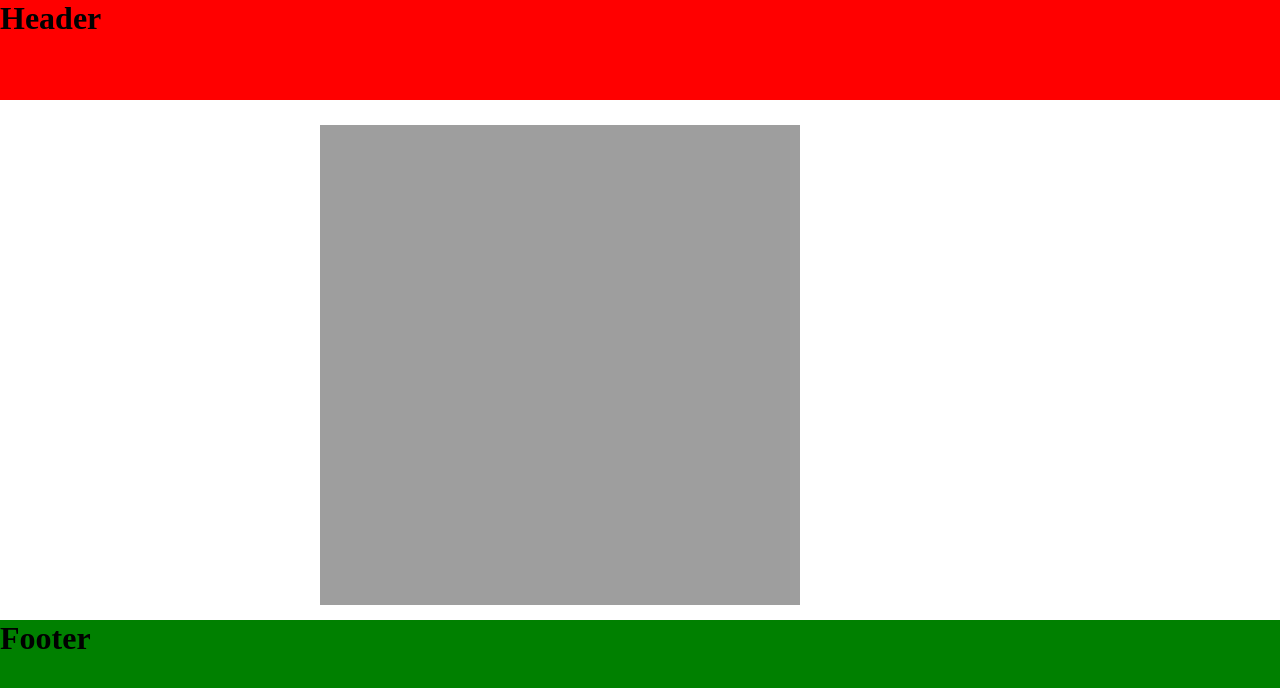
Repository: jameswilky/chess
Page: index.html
The author's editor kept a copy of each file at every save. The page is drawn from the files as they stood at one save, then again after a run of saves.
The browser window is 1280 px wide. The pictures show the whole page.

Above is the page before, as saved 2018-11-22 08:27:22.

### index.html
<!DOCTYPE html>
<html>

<head>
    <meta charset="utf-8" />
    <title>Chess</title>
    <link href="style.css" rel="stylesheet">
</head>

<body>

    <div class="wrapper">
        <header>
            <h1>Header</h1>

        </header>
    </div>
    <div class="game">
        <canvas id="board"></canvas>
        <canvas id="markers"></canvas>
        <canvas id="chessmen_layer"></canvas>
    </div>
    <footer>
        <h1>Footer</h1>
    </footer>
    </div>





</body>

<script src="board.js"></script>
<script src="chessmen.js"></script>
<script src="mouse.js"></script>
<script src="game.js"></script>

</html>

### style.css
* {
  padding: 0;
  margin: 0;
}

.game{
  position: absolute;
  height: 480px;
  width: 480px;
  grid-area: game;
  top:100px;
  bottom:100px;
  margin: 0 25% 0 25%;
  padding: 25px;
  overflow: scroll;
}

#board {
  left : 0; z-index:0; position: absolute;
}

#markers {
  left : 0; z-index:0; position: absolute;
}

#chessmen_layer {
 left : 0; z-index:1; position: absolute;
}

header{
  position: absolute;
  background-color: red;
  top:0;
  right: 0;
  left: 0;
  height: 100px;
}

footer{
  position: absolute;
  right: 0;
  left: 0;
  background-color: green;
  height: 100px;
  bottom: 0;
}

### board.js
//Define globals
const WIDTH = 480;
const HEIGHT = 480;
const N = 8;
const TILE_SIZE = HEIGHT / N; // 60

//Define board canvas
const board = document.getElementById("board");
const board_ctx = board.getContext("2d");
board.height = HEIGHT;
board.width = WIDTH;
let primary_color = "#a87e2b";
let secondary_color = "#ffdf9e";

//Define marker layer
const markers = document.getElementById("markers");
const markers_ctx = markers.getContext("2d");
markers.height = HEIGHT;
markers.width = WIDTH;

//Define chessmen layer
const chessmen_layer = document.getElementById("chessmen_layer");
const chessmen_ctx = chessmen_layer.getContext("2d");
chessmen_layer.height = HEIGHT;
chessmen_layer.width = WIDTH;

//Used for drawing
function drawRect(ctx, x, y, color) {
  ctx.beginPath();
  ctx.rect(x, y, TILE_SIZE, TILE_SIZE);
  ctx.fillStyle = color;
  ctx.fill();
  ctx.closePath();
}

function initialize_board() {
  // Initialize graphical and logical board
  let i, j, x, y = 0;
  let prev_color;
  for (i = 0; i < N; i++) {
    y = TILE_SIZE * i;
    if (i % 2 == 0) { //If even, start with a black grid
      prev_color = secondary_color;
    }
    else { //If odd, start with a #ffcf7c grid
      prev_color = primary_color;
    }
    for (j = 0; j < N; j++) {
      x = TILE_SIZE * j;

      if (prev_color == primary_color) { //If last block black, make this block #ffcf7c
        prev_color = secondary_color;
      }
      else if (prev_color == secondary_color) { //If last block #ffcf7c, make this block black
        prev_color = primary_color;
      }
      drawRect(board_ctx, x, y, prev_color);

    }
  }
}

### chessmen.js
let chessmen = []; // Hold living chest piece objects

// Populate list of current chess pieces
function init_chessmen(items) {
  for (let id = 0; id < items.length; id++) {
    chessmen[id] = new Chessman(id, items[id].type, items[id].row, items[id].col, items[id].faction);
    chessmen[id].render(chessmen_ctx);
  }
}

//Chest piece constructor
function Chessman(id, type, row, col, faction) {
  this.name = type + "_" + faction + "_" + id;
  this.id = id;
  this.type = type;
  this.position = {
    logical: { col: col, row: row },
    graphical: { //calculate position of chest piece
      x: (col * TILE_SIZE), y: (row * TILE_SIZE)
    }
  }
  this.faction = faction;
  this.sprite = "/images/" + type + "_" + faction + ".png";
  this.options = []; // holds objects containing possible locations to move
  this.render = function () {
    //Draws the chest piece
    let img = new Image();
    let x = this.position.graphical.x;
    let y = this.position.graphical.y;
    console.log(x, y)

    img.onload = function () {
      //Loads when img.src is called
      chessmen_ctx.beginPath();
      chessmen_ctx.drawImage(img, x, y);
      chessmen_ctx.closePath();
    }
    img.src = this.sprite;
  }
  this.derender = function () {
    chessmen_ctx.beginPath();
    chessmen_ctx.clearRect(this.position.graphical.x, this.position.graphical.y, TILE_SIZE, TILE_SIZE);
    chessmen_ctx.closePath();
  }
  this.calculate_movement_options = function () {
    //This function is used to determine the coordinates of each possible move for a selected tile
    this.options = []; //clear last options
    let j = 0;
    let i = 0; //used to iterate through list of options
    //console.log(type, faction, row, col)
    let r = this.position.logical.row;
    let c = this.position.logical.col;

    let options = this.options;

    function check_tile(row, col, diag, isPawn) {
      //diag is an optional variable for pawn sideways movement logic
      diag = diag || false;
      isPawn = isPawn || false;

      //Checks the status of the board to see if the chessman can move to selected tile

      let option = {}; //edited, used to hold {faction:faction}
      //Check tile does not exceed bounds of the board
      if (row > 7 || row < 0 || col > 7 || col < 0) {
        return false;
      }

      //Check if target tile contains a chessman of same faction
      let isFriendly = false;
      let isEnemy = false;

      chessmen.forEach(chessman => {
        if (chessman.position.logical.row == row && chessman.position.logical.col == col) { //Check if position is occupied
          if (chessman.faction == faction) {
            isFriendly = true;
          }
          else { //tile is occupied by enemy
            isEnemy = true;
          }
          option.contains = chessman;
        }
      })

      //pawn logic
      if (diag && isEnemy) {
        option.row = row;
        option.col = col;
        options[i] = option;
        i++;
      }
      if (diag && !isEnemy) {
        return
      }

      //if tile does not contain friendly chessmen, or if its an enemy create new option
      if (!isFriendly || isEnemy) {
        option.row = row;
        option.col = col;
        options[i] = option;
        i++;
      }
      return isFriendly || isEnemy;

    }

    if (this.type == "pawn") {
      if (this.faction == "black") {
        check_tile(r + 1, c);//south
        check_tile(r + 1, c + 1, true) // south East
        check_tile(r + 1, c - 1, true) //south West
        if (this.nMoves == 0) {
          check_tile(r + 2, c); //Extra move on first turn
        }
      }
      if (this.faction == "white") {
        check_tile(r - 1, c); //north
        check_tile(r - 1, c + 1, true) // North East
        check_tile(r - 1, c - 1, true) //North West
        if (this.nMoves == 0) {
          check_tile(r - 2, c); //Extra move on first turn
        }
      }
    }
    if (this.type == "rook") {
      for (j = 0; j < N; j++) {// South
        if (check_tile(r + j + 1, c) == true) break
      }
      for (j = 0; j < N; j++) {// East
        if (check_tile(r, c + j + 1) == true) break
      }
      for (j = 0; j < N; j++) {// North
        if (check_tile(r - j - 1, c) == true) break
      }
      for (j = 0; j < N; j++) {// West
        if (check_tile(r, c - j - 1) == true) break
      }
    }
    if (this.type == "bishop") {
      for (j = 0; j < N; j++) { // South East
        if (check_tile(r + 1 + j, c + 1 + j) == true) break
      }
      for (j = 0; j < N; j++) { // South West
        if (check_tile(r + 1 + j, c - 1 - j) == true) break
      }
      for (j = 0; j < N; j++) { // North East
        if (check_tile(r - 1 - j, c + 1 + j) == true) break
      }
      for (j = 0; j < N; j++) { // North west
        if (check_tile(r - 1 - j, c - 1 - j) == true) break
      }
    }
    if (this.type == "queen") {
      for (j = 0; j < N; j++) { // South East
        if (check_tile(r + 1 + j, c + 1 + j) == true) break
      }
      for (j = 0; j < N; j++) { // South West
        if (check_tile(r + 1 + j, c - 1 - j) == true) break
      }
      for (j = 0; j < N; j++) { // North East
        if (check_tile(r - 1 - j, c + 1 + j) == true) break
      }
      for (j = 0; j < N; j++) { // North west
        if (check_tile(r - 1 - j, c - 1 - j) == true) break
      }
      for (j = 0; j < N; j++) {// South
        if (check_tile(r + j + 1, c) == true) break
      }
      for (j = 0; j < N; j++) {// East
        if (check_tile(r, c + j + 1) == true) break
      }
      for (j = 0; j < N; j++) {// North
        if (check_tile(r - j - 1, c) == true) break
      }
      for (j = 0; j < N; j++) {// West
        if (check_tile(r, c - j - 1) == true) break
      }
    }
    if (this.type == "king") {
      check_tile(r + 1, c + 1) //South East
      check_tile(r + 1, c - 1) //South West
      check_tile(r - 1, c + 1) // North East
      check_tile(r - 1, c - 1) //North West
      check_tile(r + 1, c) //south
      check_tile(r, c + 1) //east
      check_tile(r - 1, c) //north
      check_tile(r, c - 1) //west

    }
    if (this.type == "knight") {
      // Check each tile in clockwise order
      check_tile(r - 2, c + 1)
      check_tile(r - 1, c + 2)
      check_tile(r + 1, c + 2)
      check_tile(r + 2, c + 1)
      check_tile(r + 2, c - 1)
      check_tile(r + 1, c - 2)
      check_tile(r - 1, c - 2)
      check_tile(r - 2, c - 1)
    }

    //return array of options containing locations to highlight

  }
  this.show_movement_options = function () {
    this.options.forEach(option => {
      //Represent each available movement option with a highlighted tile
      drawRect(markers_ctx, (option.col * TILE_SIZE), (option.row * TILE_SIZE), "#635e55");
    })
  }
  this.hover = false;
  this.isKing = false;
  if (this.type == "king") {
    this.isKing = true;
  }

  this.nMoves = 0;
  this.points;
  if (this.type == "king") {
    this.points = 10;
  }
  if (this.type == "queen") {
    this.points = 9;
  }
  if (this.type == "bishop") {
    this.points = 3;
  }
  if (this.type == "knight") {
    this.points = 3;
  }
  if (this.type == "rook") {
    this.points = 5;
  }
  if (this.type == "pawn") {
    this.points = 1;
  }

  //Update graphical and logical position
  this.moveTo = function (col, row) {


    function moveIsValid(r1, r2, c1, c2, options) {
      let valid = false;

      if ((r1 == r2) && (c1 == c2)) {
        // if logical position is the same, no move was made
        valid = false;
      }
      options.forEach(option => {
        if (option.row == r2 && option.col == c2) {
          //todo check faction
          valid = true;
        }
      })
      return valid
    }

    if (moveIsValid(this.position.logical.row, row, this.position.logical.col, col, this.options)) {
      //If valid, Check if enemy chessman has been killed
      //check if desination contains an enemy
      let target = chessmen.find(chessman => {
        return (chessman.position.logical.row == row && chessman.position.logical.col == col)
      })

      // then render at new position and update logical position
      //console.log("Changed position of", chessman, "from row:", chessman.position.logical.row, " col:", chessman.position.logical.col, " to row:", row, "col:", col)

      this.derender(); //De render previous position
      this.position.logical.col = col;
      this.position.logical.row = row;
      this.position.graphical.x = this.position.logical.col * TILE_SIZE;
      this.position.graphical.y = this.position.logical.row * TILE_SIZE;
      this.derender(); //remove any chess pieces
      this.render();

      //If destination contains emeny, remove it from list of active chessmen
      if (target) {
        chessmen.splice(chessmen.indexOf(target), 1);
      }

      this.nMoves++; //used to testing if pawn is moved
      // // trigger movement event
      let event = new CustomEvent('moved');
      document.dispatchEvent(event);
    }
    else {
      //re-render original position
      this.render();
    }
  }
}

// Update location of chest pieces
function render_markers() {
  //Clear all markers
  markers_ctx.clearRect(0, 0, HEIGHT, WIDTH);

  //find chessman that matches mouse location and show movement markers
  chessmen.forEach(chessman => {
    if (chessman.hover == true) {
      chessman.show_movement_options();
    }
  });


}

### mouse.js
let dragging = false;
let selector = document.createElement("img");
;

selector.ondragstart = function () {
  return false;
};

//Compare two row/col coordinates
function coordsMatch(coord, piece) {
  let xmin = piece.x;
  let xmax = piece.x + TILE_SIZE;

  let ymin = piece.y;
  let ymax = piece.y + TILE_SIZE;

  if (
    (coord.x >= xmin) &&
    (coord.x < xmax) &&
    (coord.y >= ymin) &&
    (coord.y < ymax)
  ) {
    return true
  }
}

//Listen for when we hover over a chest piece, then draw the movement options
chessmen_layer.addEventListener('mousemove', (e) => {
  if (dragging == false) {
    let pos = {
      x: e.clientX,
      y: e.clientY
    };
    //Check all chessmen and check if clicked location matches a chessman location
    chessmen.forEach(chessman => {
      if (coordsMatch(pos, chessman.position.graphical)) {
        //If true, select that chessman
        chessman.hover = true;
      }
      else {
        //Otherwise, that chessman was not selected
        chessman.hover = false;
      }
    })
    render_markers();
  }
})

//Click and drag chessmen
chessmen_layer.addEventListener('mousedown', (e) => {

  dragging = true; //stop markers rendering while dragging pieces
  let pos = {
    x: e.clientX,
    y: e.clientY
  }
  //Check all chessmen and check if clicked location matches a chessman location
  chessmen.forEach(chessman => {
    if (coordsMatch(pos, chessman.position.graphical)) {
      if (chessman.faction == "black") {
        dragging = false;
        return
      }
      //If true, derender chessman from chessman_layer, and redraw on selector layer
      chessman.derender();

      //draw selector
      selector.style.position = 'absolute';
      selector.src = chessman.sprite;
      selector.id = 'selector';
      document.body.append(selector);

      //center selector at mouse locaiton
      moveAt(pos.x, pos.y);

      function moveAt(x, y) {
        selector.style.left = x - TILE_SIZE / 2 + 'px';
        selector.style.top = y - TILE_SIZE / 2 + 'px';
      }

      function onMouseMove(moveEvent) {
        moveAt(moveEvent.clientX, moveEvent.clientY);
      }

      // selector will follow mouse on movement
      document.addEventListener('mousemove', onMouseMove);


      // drop the selector, remove unneeded handlers
      chessmen_layer.onmouseup = function (upevent) {
        document.removeEventListener('mousemove', onMouseMove);

        //clear selector
        selector.src = ""
        // console.log("before", document.getElementById('selector'))
        // document.body.removeChild(document.getElementById('selector'))
        // console.log("after", document.getElementById('selector'))

        //convert mouse pos to a row/col logical value
        let dest = {
          x: Math.trunc(upevent.clientX / TILE_SIZE),
          y: Math.trunc(upevent.clientY / TILE_SIZE)
        }

        //console.log("Event 1")
        dragging = false; // allow marker rendering to continue
        chessmen_layer.onmouseup = null;
        //Update chessman logical location and snap to grid
        chessman.moveTo(dest.x, dest.y)
      };
    }
  })
})

### game.js
//Initialize default locations
let default_locations = [
  { tile: 0, type: "rook", row: 0, col: 0, faction: "black" },
  { tile: 1, type: "knight", row: 0, col: 1, faction: "black" },
  { tile: 2, type: "bishop", row: 0, col: 2, faction: "black" },
  { tile: 3, type: "king", row: 0, col: 3, faction: "black" },
  { tile: 4, type: "queen", row: 0, col: 4, faction: "black" },
  { tile: 5, type: "bishop", row: 0, col: 5, faction: "black" },
  { tile: 6, type: "knight", row: 0, col: 6, faction: "black" },
  { tile: 7, type: "rook", row: 0, col: 7, faction: "black" },
  { tile: 8, type: "pawn", row: 1, col: 0, faction: "black" },
  { tile: 9, type: "pawn", row: 1, col: 1, faction: "black" },
  { tile: 10, type: "pawn", row: 1, col: 2, faction: "black" },
  { tile: 11, type: "pawn", row: 1, col: 3, faction: "black" },
  { tile: 12, type: "pawn", row: 1, col: 4, faction: "black" },
  { tile: 13, type: "pawn", row: 1, col: 5, faction: "black" },
  { tile: 14, type: "pawn", row: 1, col: 6, faction: "black" },
  { tile: 15, type: "pawn", row: 1, col: 7, faction: "black" },

  { tile: 48, type: "pawn", row: 6, col: 0, faction: "white" },
  { tile: 49, type: "pawn", row: 6, col: 1, faction: "white" },
  { tile: 50, type: "pawn", row: 6, col: 2, faction: "white" },
  { tile: 51, type: "pawn", row: 6, col: 3, faction: "white" },
  { tile: 52, type: "pawn", row: 6, col: 4, faction: "white" },
  { tile: 53, type: "pawn", row: 6, col: 5, faction: "white" },
  { tile: 54, type: "pawn", row: 6, col: 6, faction: "white" },
  { tile: 55, type: "pawn", row: 6, col: 7, faction: "white" },
  { tile: 56, type: "rook", row: 7, col: 0, faction: "white" },
  { tile: 57, type: "knight", row: 7, col: 1, faction: "white" },
  { tile: 58, type: "bishop", row: 7, col: 2, faction: "white" },
  { tile: 59, type: "king", row: 7, col: 3, faction: "white" },
  { tile: 60, type: "queen", row: 7, col: 4, faction: "white" },
  { tile: 61, type: "bishop", row: 7, col: 5, faction: "white" },
  { tile: 62, type: "knight", row: 7, col: 6, faction: "white" },
  { tile: 63, type: "rook", row: 7, col: 7, faction: "white" },

]

let turn = 0;
let IsWhiteTurn = false;
let IsBlackTurn = false;
let game = true;
let AIOptions = [];


function set_turn() {
  if (turn % 2 == 0) {
    IsWhiteTurn = true;
    IsBlackTurn = false;
    //console.log("White players turn")
  }
  else {
    IsBlackTurn = true;
    IsWhiteTurn = false;
    //console.log("Black players turn")
  }
  turn += 1;
}

function determineAIOptions() {
  let AIOptions = [];
  let i = 0;
  chessmen.forEach(chessman => {
    if (chessman.faction == 'black') {
      chessman.options.forEach(option => {
        let AIOption = {}; //dereference object
        AIOption.row = option.row;
        AIOption.col = option.col;
        if (option.contains) {
          AIOption.points = option.contains.points;
        }
        AIOption.chessman = chessman;
        AIOptions[i] = AIOption;
        i++;
      })
    }
  })
  return AIOptions;

}

function AIMove(options) {
  let max = 0;
  let choice = {};
  options.forEach(option => {
    if (option.points) {
      if (option.points > max) {
        max = option.points;
        choice = option;
      }
    }
  })
  if (max == 0) {
    choice = options[Math.floor(Math.random() * options.length)];  //Return a random choice
  }
  choice.chessman.moveTo(choice.col, choice.row)
  //calculate AI
}


//Set up board
initialize_board();
init_chessmen(default_locations);
chessmen.forEach(chessman => {
  chessman.calculate_movement_options();
})
set_turn();
function checkKing() {
  let kings = chessmen.filter(chessman => chessman.isKing == true)
  if (kings.length == 1) {
    alert(kings[0].faction + " Wins!!!")
  }
}

// Listen for movement
document.addEventListener('moved', function (event) {
  //check if king died last turn;
  checkKing();
  set_turn();
  //Calculate new movement positiifons
  chessmen.forEach(chessman => {
    chessman.calculate_movement_options();
  })

  if (IsBlackTurn) {
    //Run black turn AI
    chessmen.forEach(chessman => {
      chessman.calculate_movement_options(); //assign new options
    })
    AIOptions = determineAIOptions();
    AIMove(AIOptions);
  }
}, false);

After the next 2 saves:
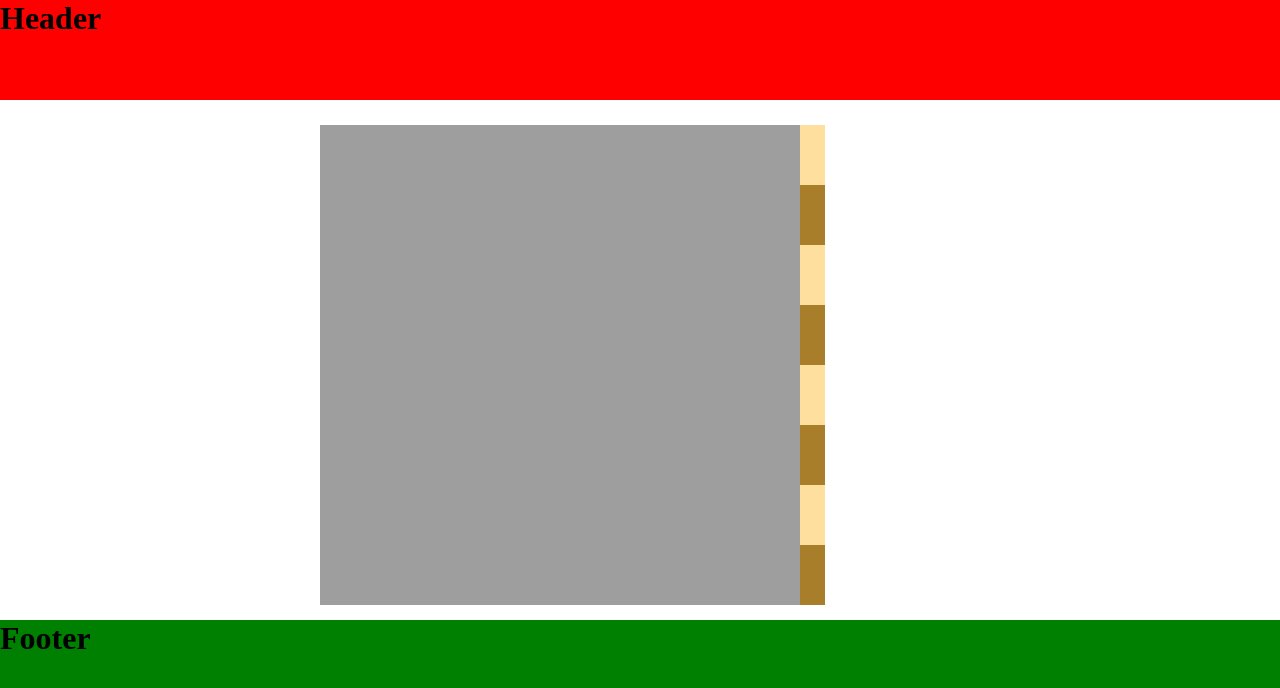
The 2 saves are shown as one change because they came seconds apart.
The last was saved 18 s later.
--- a/style.css
+++ b/style.css
@@ -16,7 +16,7 @@
 }
 
 #board {
-  left : 0; z-index:0; position: absolute;
+  left : 0; z-index:0; position: ;
 }
 
 #markers {

After the save that followed:
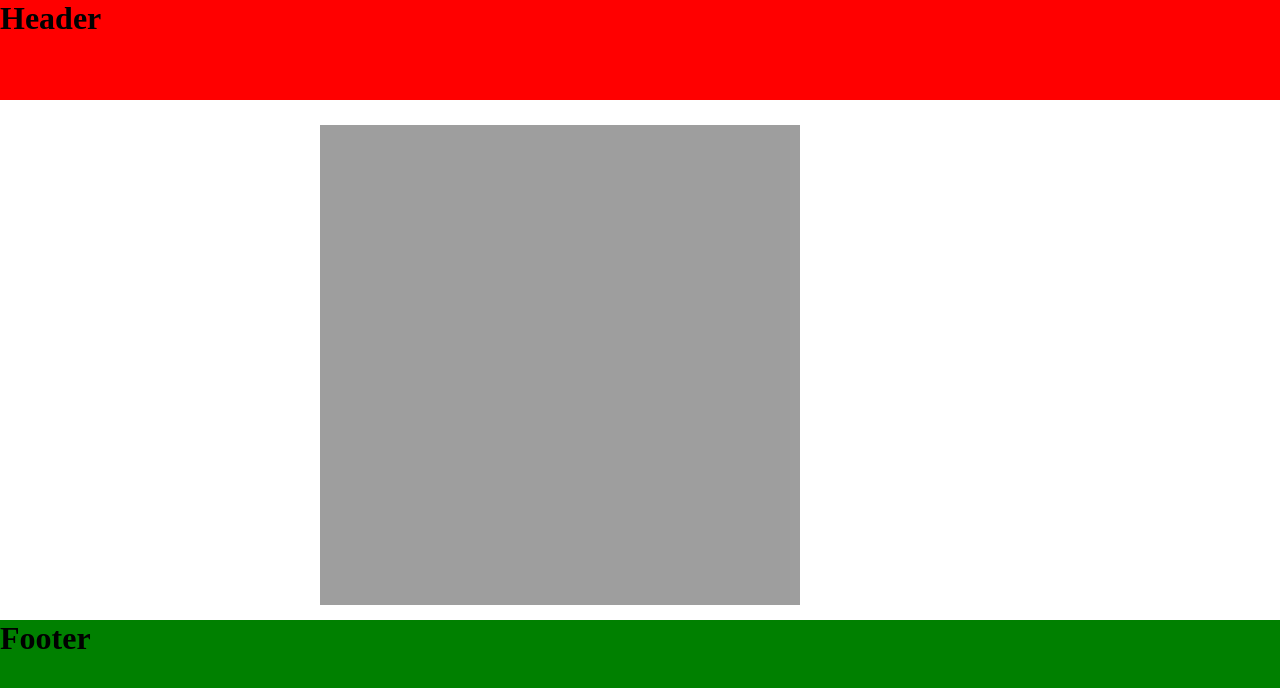
Saved 4 s later.
--- a/style.css
+++ b/style.css
@@ -16,7 +16,7 @@
 }
 
 #board {
-  left : 0; z-index:0; position: ;
+  left : 0; z-index:0; position: absolute;
 }
 
 #markers {
